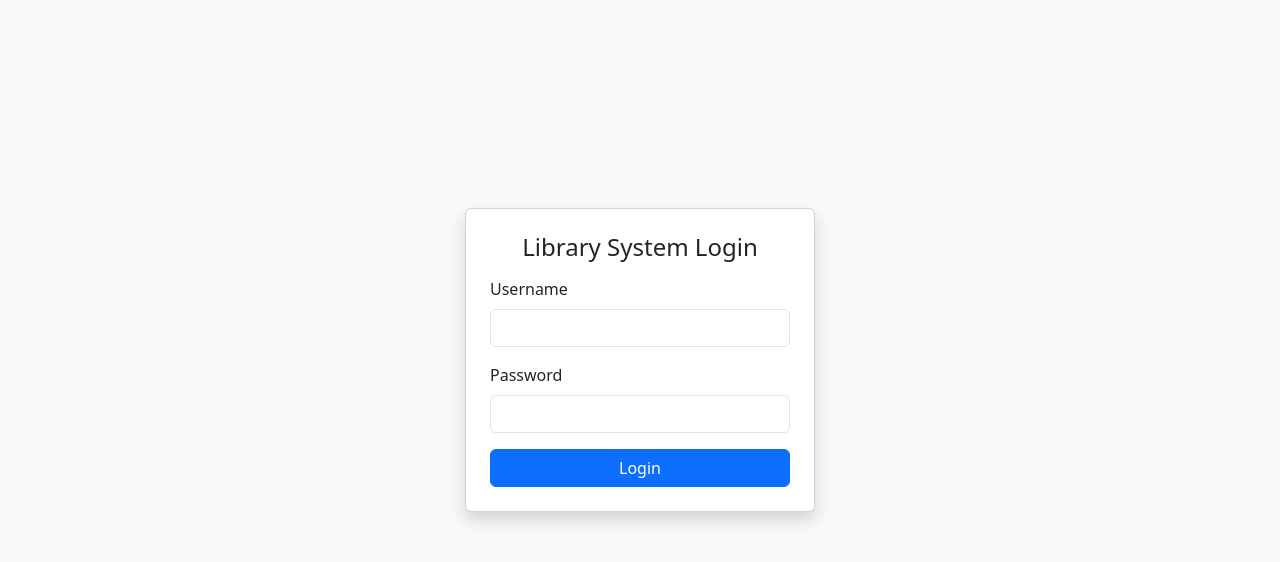
Repository: abdlmnn/Library-SP-Triggers-Events
Page: frontend/login.html
These files come from the project's save history. The page is drawn as it stood at one moment and after the next save; the edit follows.
The browser window is 1280 px wide. The pictures show the whole page.

Above is the page before, as saved 2025-05-19 22:04:36.

After the next save:
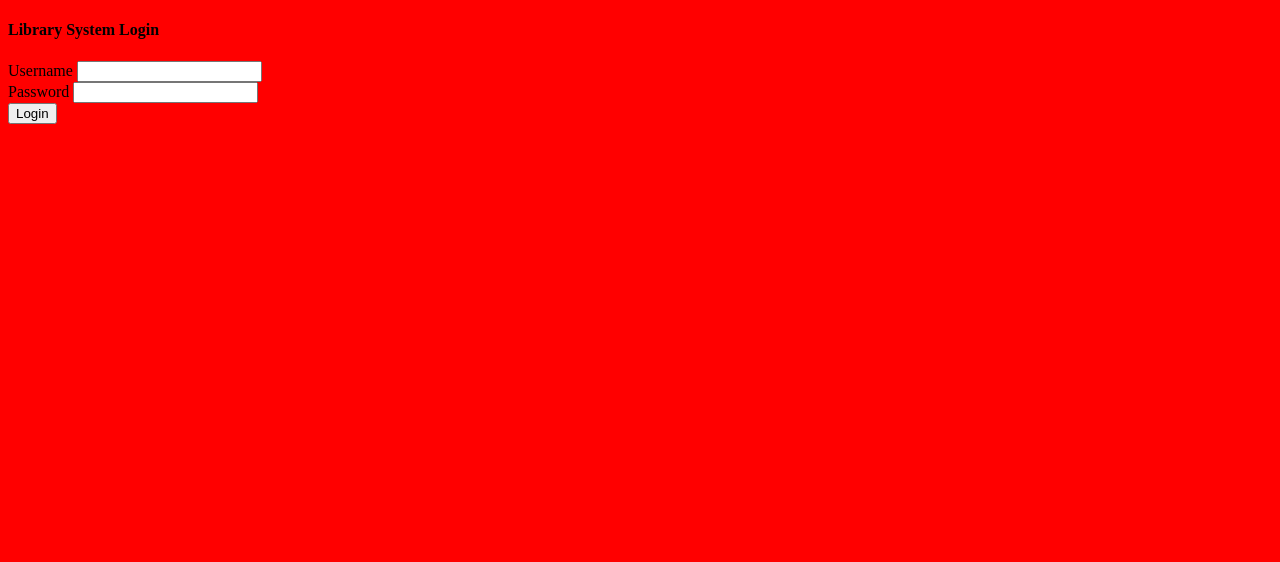
Saved 20 s later.
--- a/frontend/login.html
+++ b/frontend/login.html
@@ -2,7 +2,7 @@
 <html>
 <head>
   <title>Login - Library System</title>
-  <link href="https://cdn.jsdelivr.net/npm/bootstrap@5.3.3/dist/css/bootstrap.min.css" rel="stylesheet">
+
   <link href="assets/css/styles.css?v=1.1" rel="stylesheet">
   <script src="assets/js/loginAPI.js" defer></script>
 </head>
